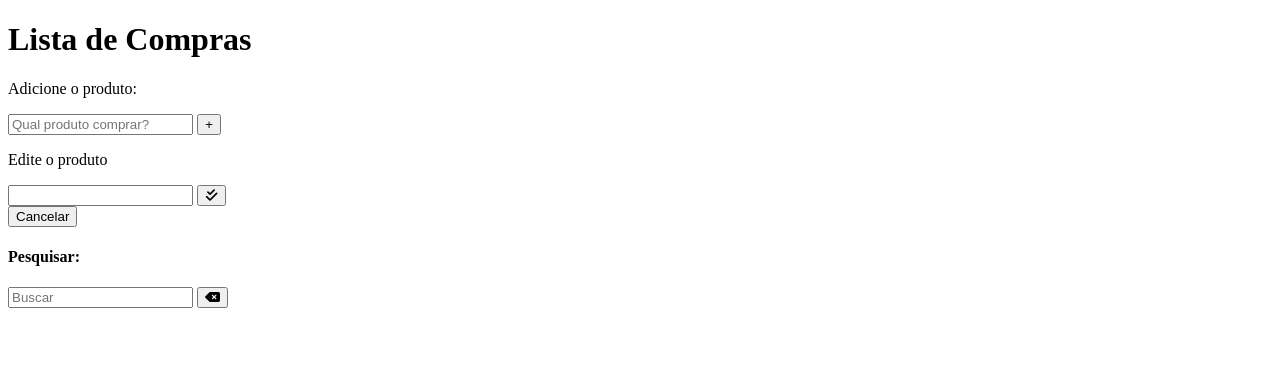
Repository: Dkrvalho/mercado
Page: index.html
An editor plug-in stored every save of this project. The page is shown before and after a run of saves, followed by the edit.
The browser window is 1280 px wide. The pictures show the whole page.

Above is the page before, as saved 2023-01-09 12:28:09.

After the next 2 saves:
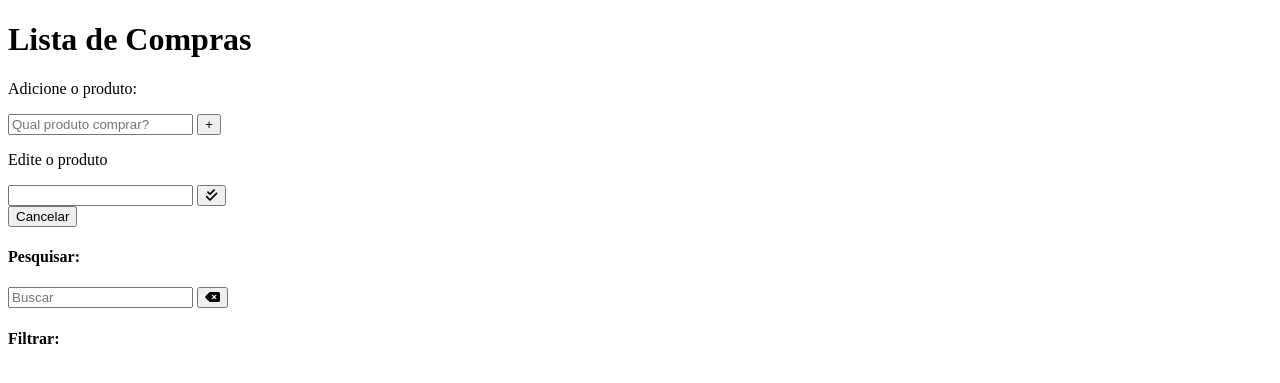
The 2 saves are shown as one change because they came seconds apart.
The last was saved 5 s later.
--- a/index.html
+++ b/index.html
@@ -48,7 +48,7 @@
             </div>
         </div>
         <div id="filter">
-            <h4></h4>
+            <h4>Filtrar:</h4>
         </div>
     </main>
 <body>
